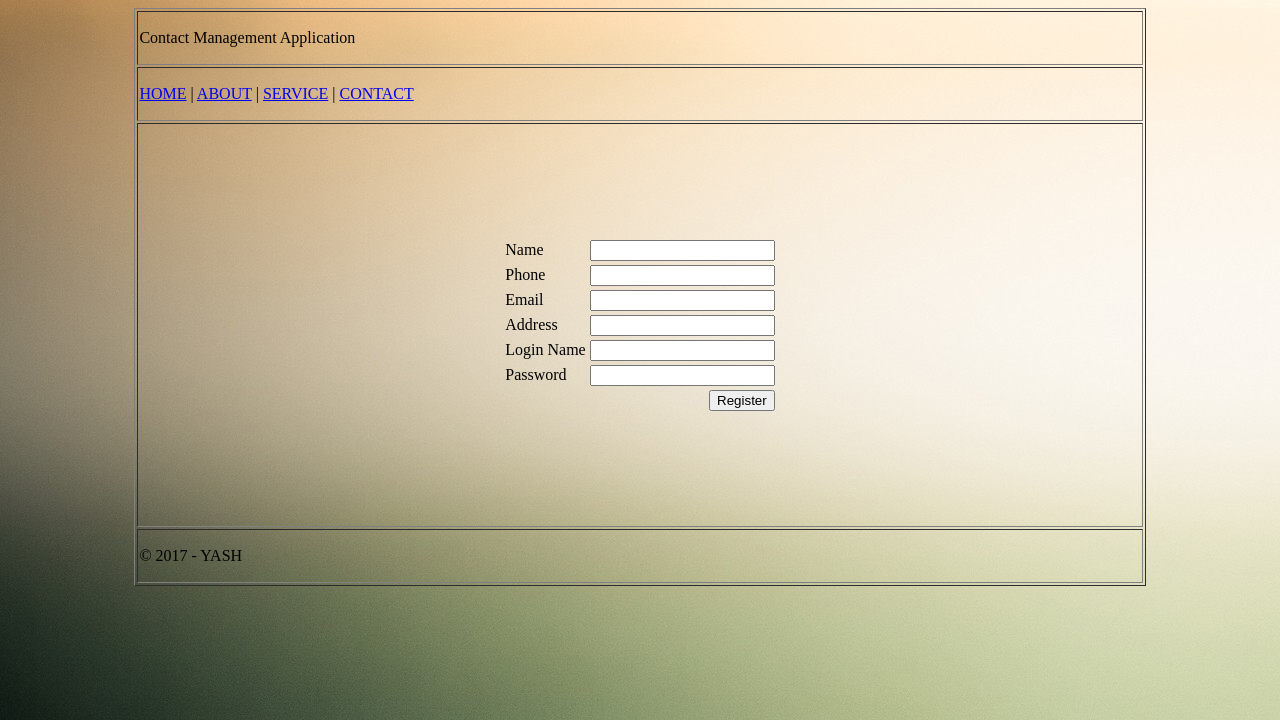
Repository: webutech/Java_Track
Page: http://localhost/MyContactApplication/registration.jsp
These files come from the project's save history. The page is drawn as it stood at one moment and after the next save; the edit follows.
The browser window is 1280 px wide. The pictures show the whole page.
The page is served by Tomcat 9. Other server files are loaded and not shown.

Above is the page before, as saved 2017-04-12 08:33:39.

### AdvJavaWS/MyContactApplication/WebContent/registration.jsp
<%@ page language="java" contentType="text/html; charset=ISO-8859-1"
    pageEncoding="ISO-8859-1"%>
<!DOCTYPE html PUBLIC "-//W3C//DTD HTML 4.01 Transitional//EN" "http://www.w3.org/TR/html4/loose.dtd">
<html>
<head>
<meta http-equiv="Content-Type" content="text/html; charset=ISO-8859-1">
<title>user registration</title>
</head>
<body background="image/bg.jpg">

<table border="1" style="margin: auto;" width="80%">
<tr>
	<td>
		<jsp:include page="header.jsp"/>
	</td>
</tr>
<tr>
	<td height="20">
		<jsp:include page="navigation.jsp"/>
	</td>
</tr>
<tr>
	<td height="400" align="center">
		<form action="registrationProcess.jsp" method="post">
			<table>
				<tr>
					<td>Name</td>
					<td><input type="text" name="name"/></td>
				</tr>
				<tr>
					<td>Phone</td>
					<td><input type="text" name="phone"/></td>
				</tr>
				<tr>
					<td>Email</td>
					<td><input type="text" name="email"/></td>
				</tr>
				<tr>
					<td>Address</td>
					<td><input type="text" name="address"/></td>
				</tr>
				<tr>
					<td>Login Name</td>
					<td><input type="text" name="loginName"/></td>
				</tr>
				<tr>
					<td>Password</td>
					<td><input type="password" name="password"/></td>
				</tr>
				<tr>

					<td colspan="2" style="text-align: right;"><input type="submit" value="Register"/></td>
				</tr>

			</table>

		</form>
	</td>
</tr>
<tr>
	<td height="10">
		<jsp:include page="footer.jsp"/>
	</td>
</tr>
</table>

</body>
</html>

### AdvJavaWS/MyContactApplication/WebContent/header.jsp
<p>
	Contact Management Application
</p>

### AdvJavaWS/MyContactApplication/WebContent/navigation.jsp
<%
    response.addHeader("Expires", "-1");
%>

<%@include file="imports.jsp"%>

<c:if test="${sessionScope.loggedInUserId==null}">
	<%-- user is not logged in --%>

	<p>
	<a href="#">HOME</a> |
	<a href="#">ABOUT</a> |
	<a href="#">SERVICE</a> |
	<a href="#">CONTACT</a>
</p>
</c:if>

<c:if test="${sessionScope.loggedInUserId!=null}">
	<%-- user is logged in --%>

	<p>
	<a href="#">HOME</a> |
	<a href="#">CREATE CONTACT</a> |
	<a href="#">LIST CONTACTS</a> |
	<a href="logoutProcess.jsp">LOGOUT</a>
</p>
</c:if>

### AdvJavaWS/MyContactApplication/WebContent/imports.jsp
<%@page import="com.yash.cms.dao.*"%>
<%@page import="com.yash.cms.daoimpl.*"%>
<%@page import="com.yash.cms.service.*"%>
<%@page import="com.yash.cms.serviceimpl.*"%>
<%@page import="com.yash.cms.util.*"%>
<%@page import="com.yash.cms.model.*"%>
<%@taglib uri="http://java.sun.com/jsp/jstl/core" prefix="c"%>

### AdvJavaWS/MyContactApplication/WebContent/footer.jsp
<p>
	&copy; 2017 - YASH
</p>

After the next save:
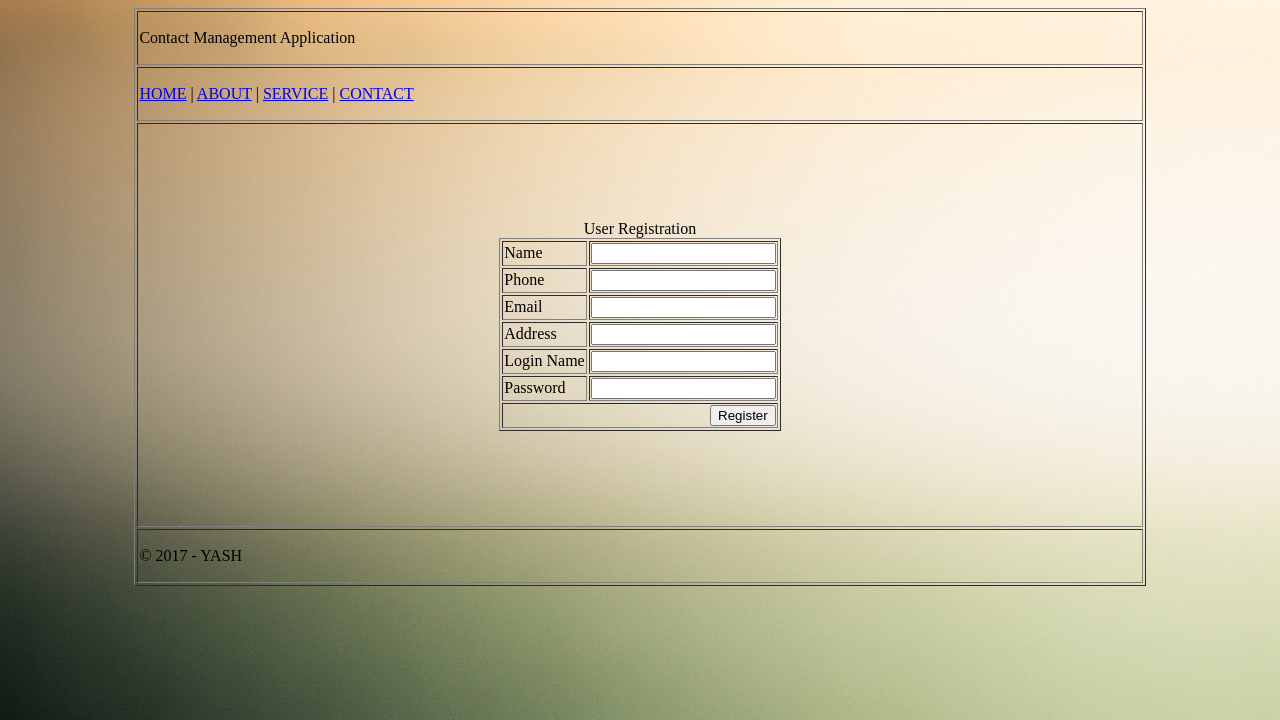
Saved 57 s later.
--- a/AdvJavaWS/MyContactApplication/WebContent/registration.jsp
+++ b/AdvJavaWS/MyContactApplication/WebContent/registration.jsp
@@ -22,7 +22,8 @@
 <tr>
 	<td height="400" align="center">
 		<form action="registrationProcess.jsp" method="post">
-			<table>
+			<table border="1">
+			<caption>User Registration</caption>
 				<tr>
 					<td>Name</td>
 					<td><input type="text" name="name"/></td>
